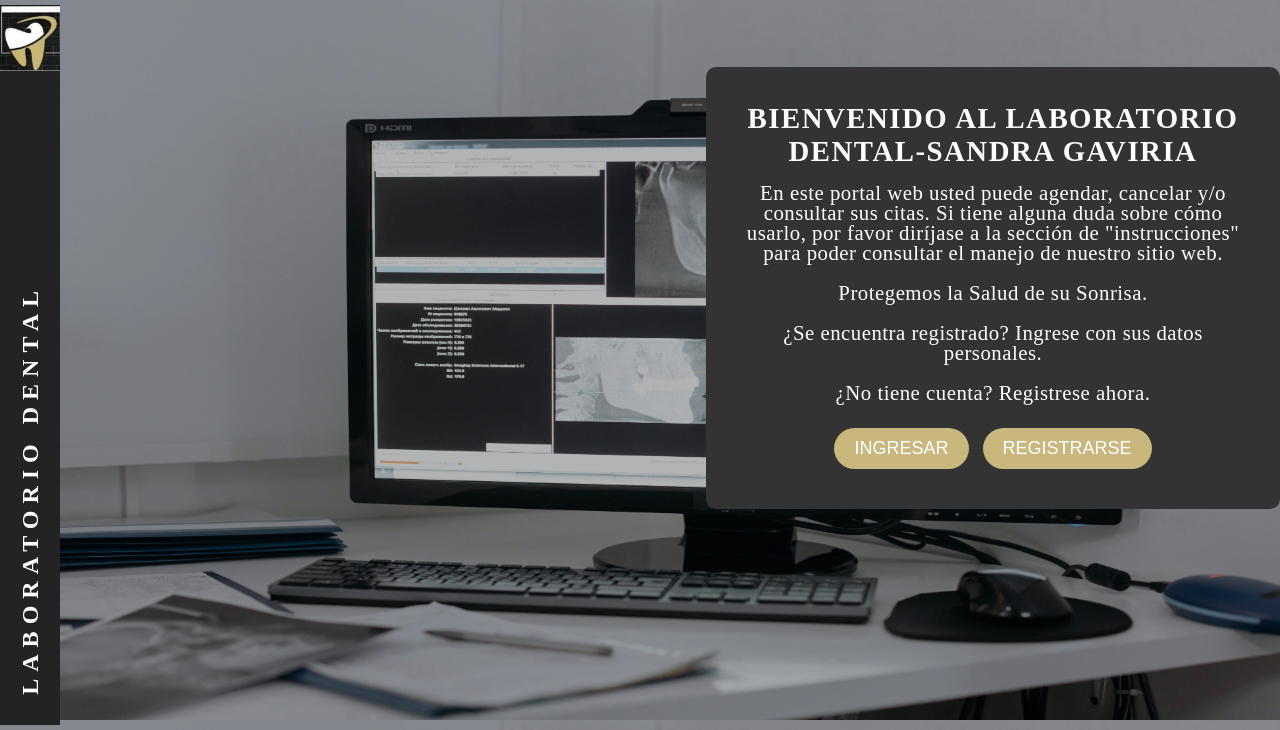
Repository: IIntef/ProyectoDental2.0
Page: Proyecto/Proyecto/Fer.html
The author's editor kept a copy of each file at every save. The page is drawn from the files as they stood at one save, then again after the next save.
The browser window is 1280 px wide. The pictures show the whole page.
Backgrounds fixed to the window are drawn as part of the page.

Above is the page before, as saved 2024-06-14 16:58:33.

After the next save:
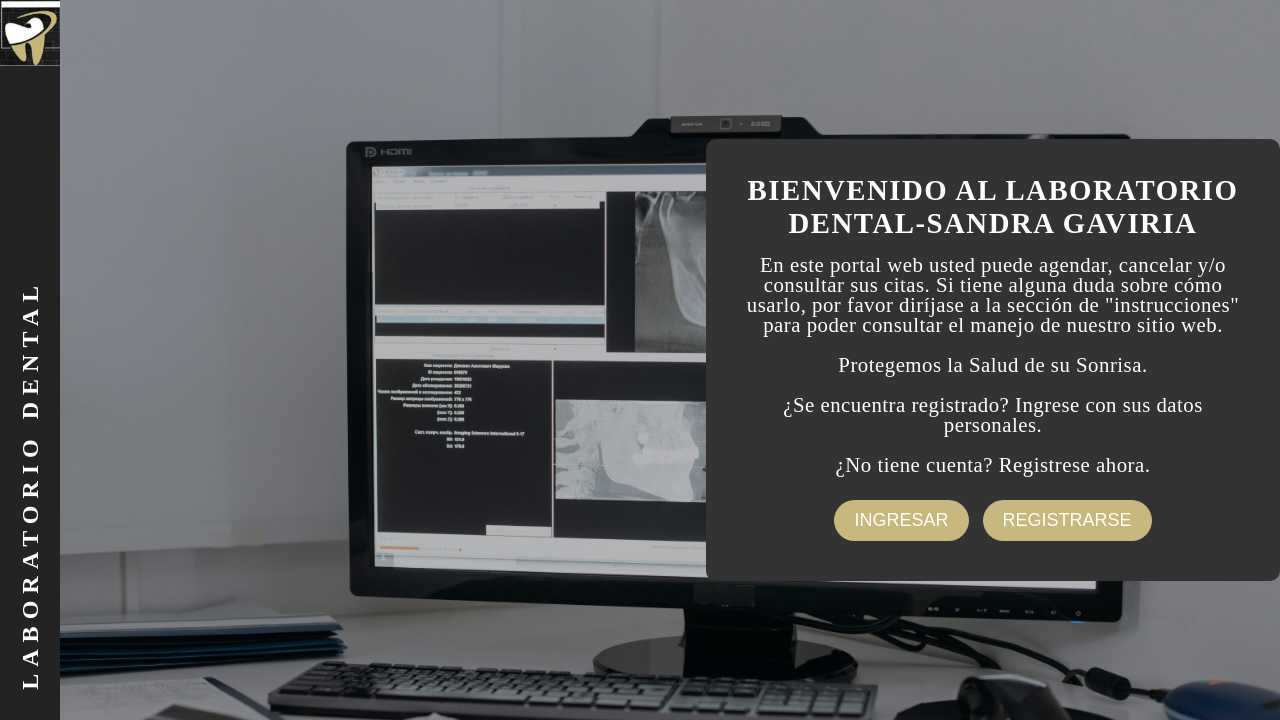
Saved 18 s later.
--- a/Proyecto/Proyecto/StyleFer.css
+++ b/Proyecto/Proyecto/StyleFer.css
@@ -42,8 +42,6 @@ main{
     max-width: 70vh;
     border-radius: 10px;
     margin-left:auto; /* Empujar hacia la derecha */
-    margin-top: 40vh; /* Centrar verticalmente usando un margen */
-    transform: translateY(-50%);
 }
 body {
     padding: 0;
